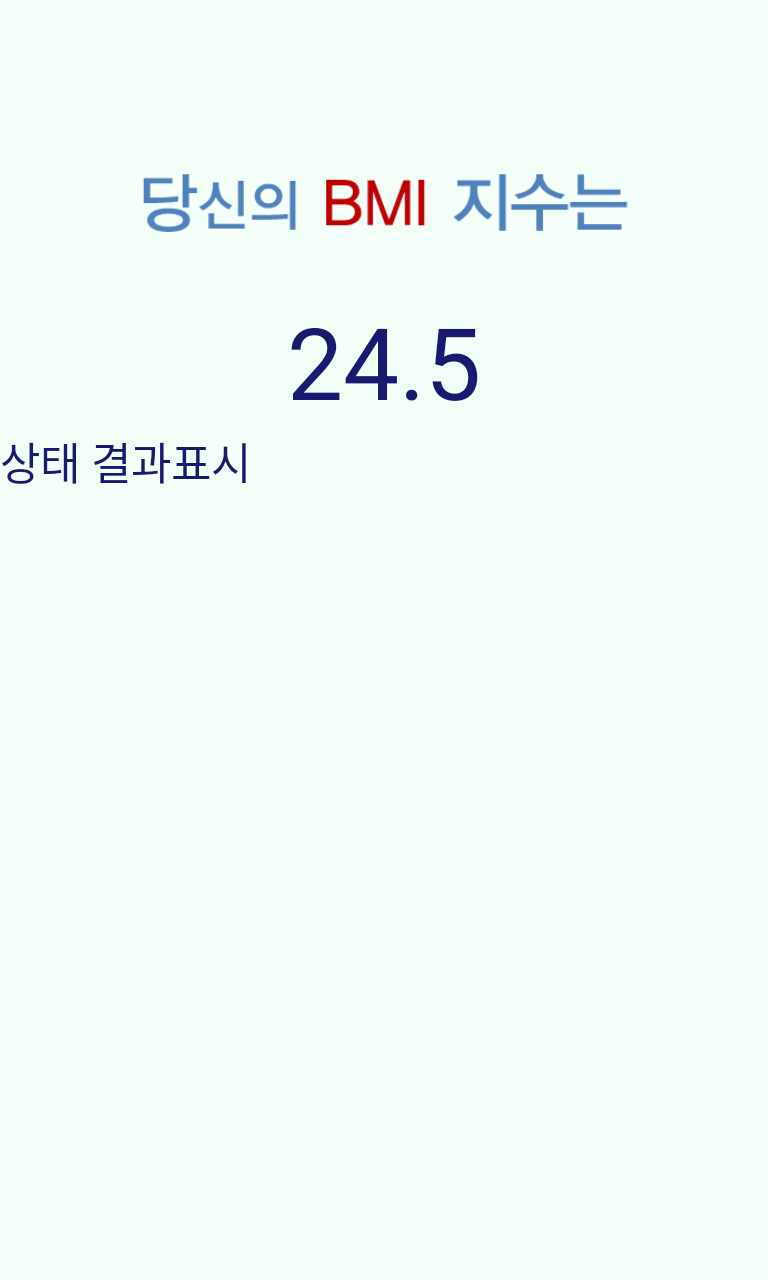
Repository: LewisLim579/2013TeamProject
Layout: PtsApp/res/layout/bmiresult.xml
The author's editor kept a copy of each file at every save. The layout is drawn from the files as they stood at one save, then again after the next save.
It is drawn on a 768 x 1280 px phone screen (xhdpi) without system bars, with theme android:Theme.NoTitleBar.Fullscreen; the app's code is not run.

Above is the layout before, as saved 2013-05-24 05:33:36.

### PtsApp/res/layout/bmiresult.xml
<LinearLayout xmlns:android="http://schemas.android.com/apk/res/android"
    android:layout_width="fill_parent"
    android:layout_height="fill_parent"
    android:background="#FFF5FFFA"
    android:orientation="vertical" >

    <ImageView
        android:id="@+id/imageView1"
        android:layout_width="288dp"
        android:layout_height="57dp"
        android:layout_gravity="center"
        android:layout_marginTop="70dp"
        android:src="@drawable/youbmi" >

        </ImageView>

    <LinearLayout
        android:layout_width="match_parent"
        android:layout_height="wrap_content"
        android:orientation="vertical" >

        <TextView
            android:id="@+id/rebmi"
            android:layout_width="wrap_content"
            android:layout_height="wrap_content"
            android:text="24.5"
            android:textSize="50dp"
            android:layout_gravity="center"
            android:layout_marginTop="20dp"
            android:textAppearance="?android:attr/textAppearanceLarge"
            android:textColor="#191970" />



    </LinearLayout>

    <TextView
        android:id="@+id/retxt"
        android:layout_width="wrap_content"
        android:layout_height="wrap_content"
        android:text="상태 결과표시"
        android:textColor="#191970"
        android:textAppearance="?android:attr/textAppearanceLarge" />

</LinearLayout>

After the next save:
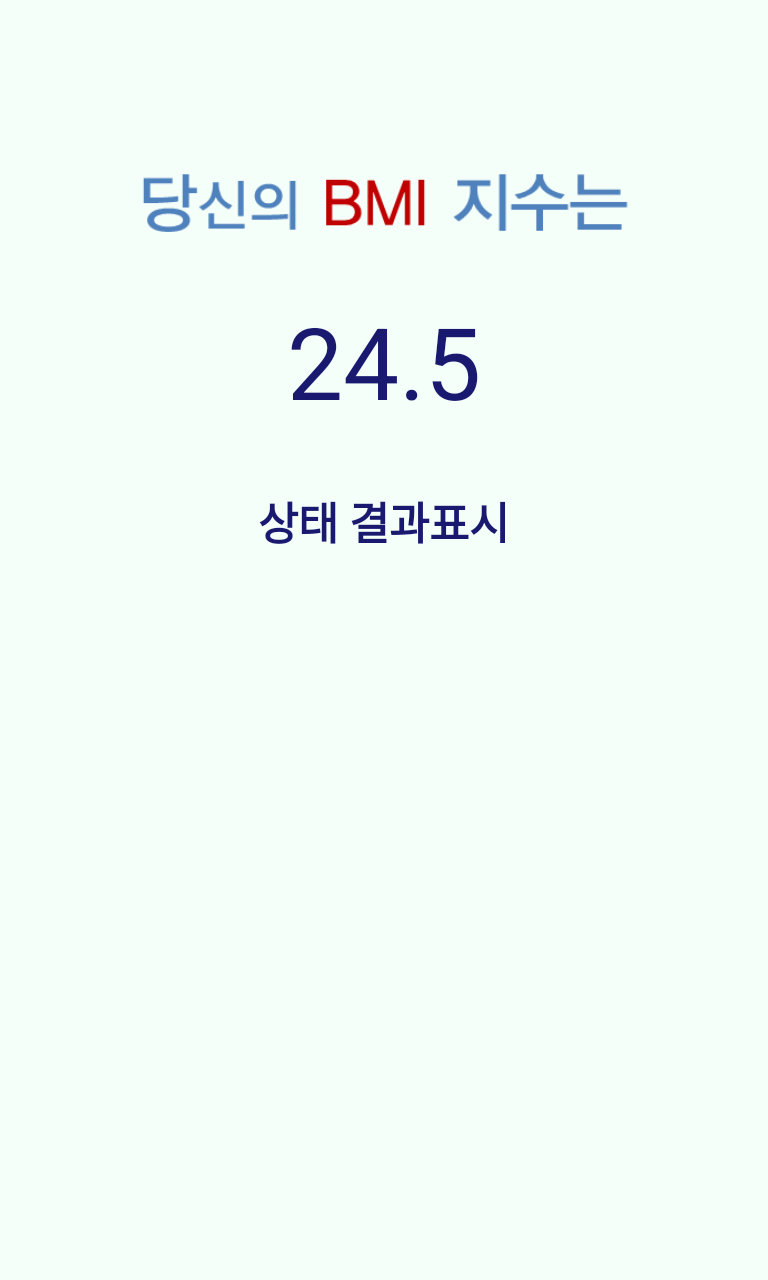
Saved 15 min 42 s later.
--- a/PtsApp/res/layout/bmiresult.xml
+++ b/PtsApp/res/layout/bmiresult.xml
@@ -40,6 +40,9 @@
         android:layout_height="wrap_content"
         android:text="상태 결과표시"
         android:textColor="#191970"
+        android:textStyle="bold"
+        android:layout_marginTop="30dp"
+        android:layout_gravity="center"
         android:textAppearance="?android:attr/textAppearanceLarge" />
 
 </LinearLayout>
